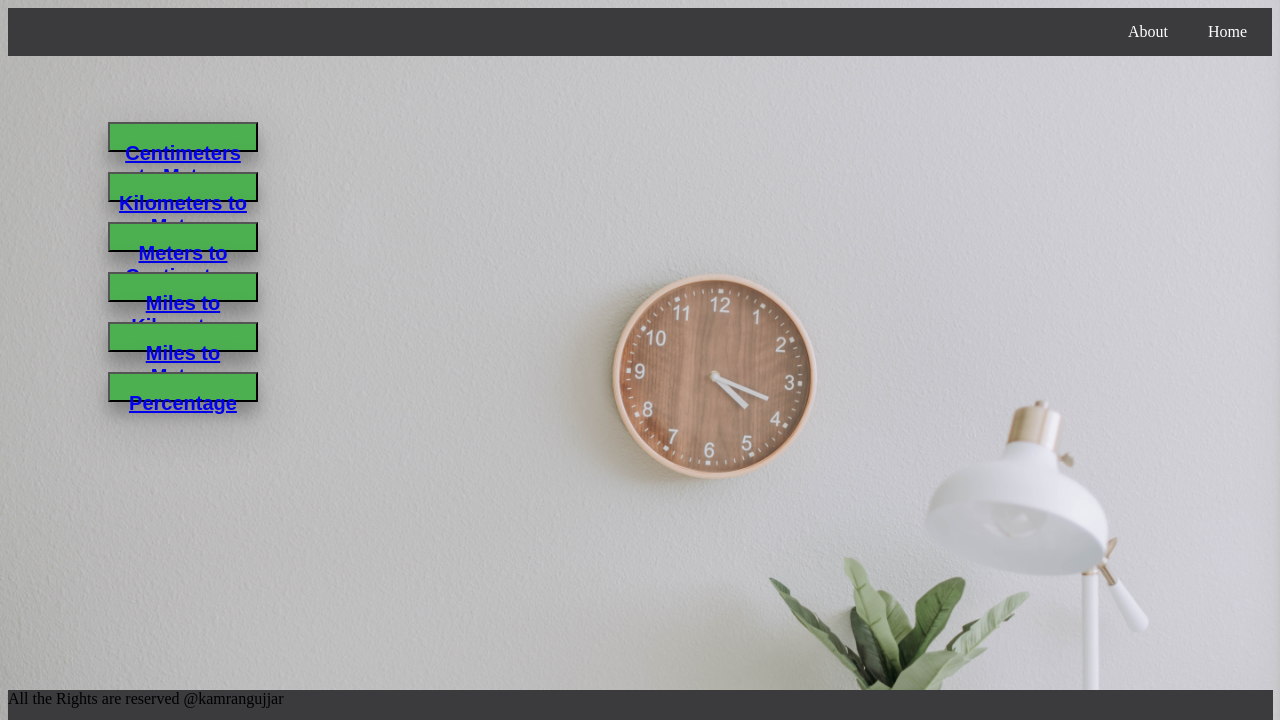
Repository: Kamrangujjar85112/Length-Converter
Page: html/home.html
These files come from the project's save history. The page is drawn as it stood at one moment and after the next save; the edit follows.
The browser window is 1280 px wide. The pictures show the whole page.

Above is the page before, as saved 2022-01-21 04:54:50.

### html/home.html
<!-- home -->
<!DOCTYPE html>
<html lang="en">
<head>
    <meta charset="UTF-8">
    <meta http-equiv="X-UA-Compatible" content="IE=edge">
    <meta name="viewport" content="width=device-width, initial-scale=1.0">
    <title>Home</title>
    <link rel="stylesheet" href="../css/style.css">

</head>
<body>

   <div class="container ">
        <div class="header">
            <nav>
                <ul class="nav-ul">
                    <li class="nav-li"><a href="#home">Home</a></li>
                    <li class="nav-li"><a href="#about">About</a></li>
                </ul>
            </nav>
        </div>
            <ul>
                <li class="link">
                    <button><a href="cm_km.html"><h2>Centimeters to Meters</h2></a></button>
                </li>
                <li class="link">
                    <button><a href="km_m.html"><h2>Kilometers to Meters</h2></a></button>
                </li>
                <li class="link">
                    <button><a href="m_cm.html"><h2>Meters to Centimeters</h2></a></button>
                </li>
                <li class="link">
                    <button><a href="mi_km.html"><h2>Miles to Kilometers</h2></a></button>
                </li>
                <li class="link">
                    <button><a href="mi_m.html"><h2>Miles to Meters</h2></a></button>
                </li>
                <li class="link">
                    <button><a href="percentage.html"><h2>Percentage</h2></a></button>
                </li>
            </ul>
        </div>
        <footer class="footer">
            <span>All the Rights are reserved @kamrangujjar</span>
          </footer>
    </div>
</body>
</html>

### css/style.css
  body{
    background-image: url('backg.jpg');
    background-repeat: no-repeat;
    background-attachment: fixed;
    background-size: cover;
}
.header{
    top: 0;
    width: 100%;
    margin: 0;
    position: relative;

}
.nav-ul{
    list-style-type: none;
    margin: 0;
    overflow: hidden;
    background: rgb(59, 59, 61);
  }

.nav-li {
    padding-right: 10px;
    float: right;
    align-items: inherit;
}

.nav-li a {
    display: block;
    color: rgb(255, 255, 255);
    text-align:center;
    padding: 15px 15px;
    text-decoration: none;
}
.link {
    list-style: none;
    text-align: left;
    align-items: left;
    margin: 10px;
    width: 300px;
    height: 40px;
}
.link a:hover{
    background-color: #0ac577 ;
}
.nav-li a:hover {
    background-color: #0ac577;
}
.footer{
    bottom: 0;
    width: 98.8%;
    position: fixed;
    height: 30px;
    align-items: center;
    background: rgb(59, 59, 61);
}
button{
    width: 50%;
    height:30px;
    background-color: #4CAF50;
    margin:50px;
    box-shadow: 0 12px 16px 0 rgba(0,0,0,0.24), 0 17px 50px 0 rgba(0,0,0,0.19);
}

After the next save:
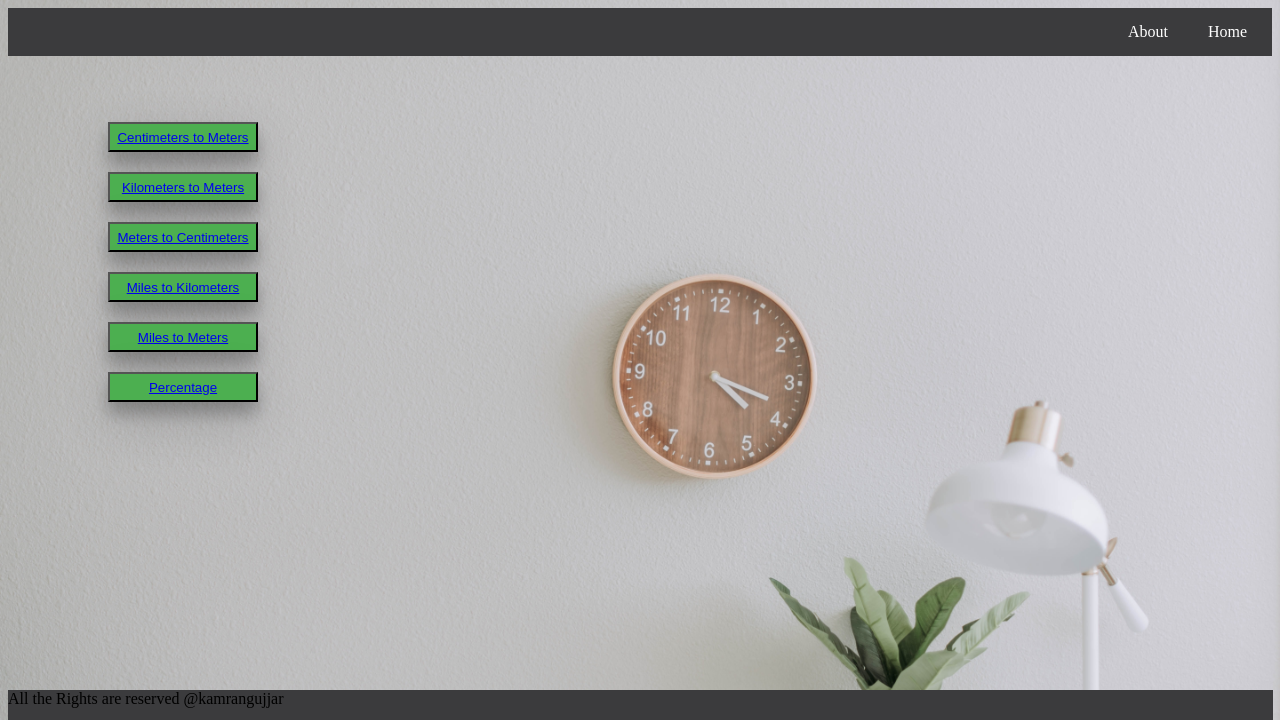
Saved 84 s later.
--- a/html/home.html
+++ b/html/home.html
@@ -22,22 +22,22 @@
         </div>
             <ul>
                 <li class="link">
-                    <button><a href="cm_km.html"><h2>Centimeters to Meters</h2></a></button>
+                    <button><a href="cm_km.html">Centimeters to Meters</a></button>
                 </li>
                 <li class="link">
-                    <button><a href="km_m.html"><h2>Kilometers to Meters</h2></a></button>
+                    <button><a href="km_m.html">Kilometers to Meters</a></button>
                 </li>
                 <li class="link">
-                    <button><a href="m_cm.html"><h2>Meters to Centimeters</h2></a></button>
+                    <button><a href="m_cm.html">Meters to Centimeters</a></button>
                 </li>
                 <li class="link">
-                    <button><a href="mi_km.html"><h2>Miles to Kilometers</h2></a></button>
+                    <button><a href="mi_km.html">Miles to Kilometers</a></button>
                 </li>
                 <li class="link">
-                    <button><a href="mi_m.html"><h2>Miles to Meters</h2></a></button>
+                    <button><a href="mi_m.html">Miles to Meters</a></button>
                 </li>
                 <li class="link">
-                    <button><a href="percentage.html"><h2>Percentage</h2></a></button>
+                    <button><a href="percentage.html">Percentage</a></button>
                 </li>
             </ul>
         </div>
